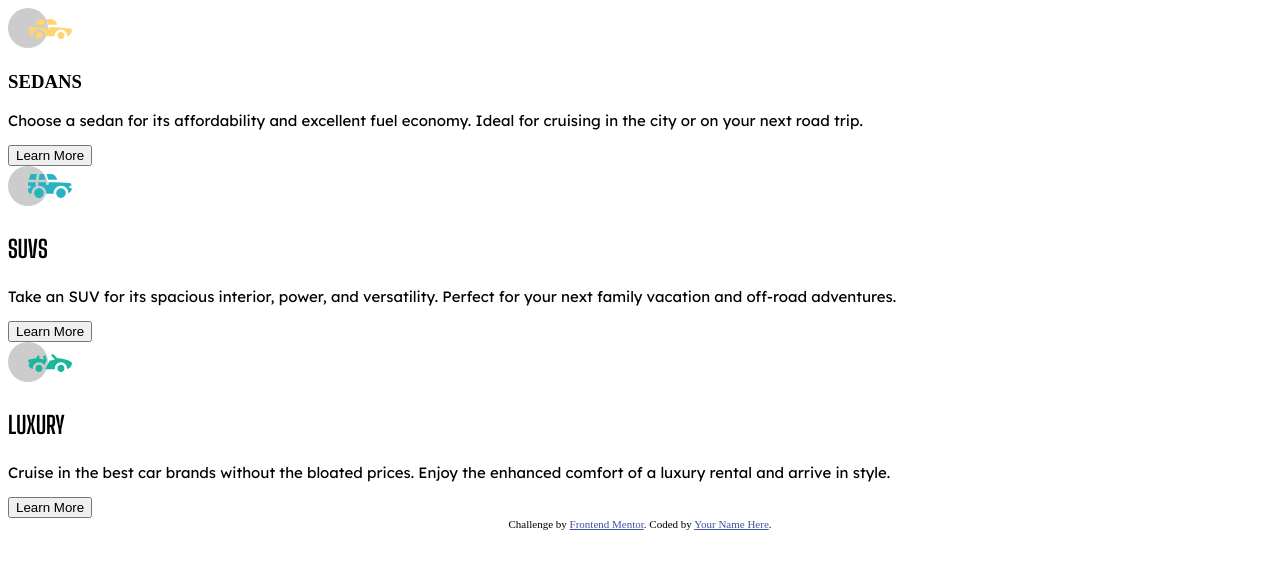
Repository: viniciussnt/3-column-preview-card
Page: index.html
The author's editor kept a copy of each file at every save. The page is drawn from the files as they stood at one save, then again after the next save.
The browser window is 1280 px wide. The pictures show the whole page.

Above is the page before, as saved 2023-09-15 10:58:19.

### index.html
<!DOCTYPE html>
<html lang="en">

<head>
  <meta charset="UTF-8">
  <meta name="viewport" content="width=device-width, initial-scale=1.0">
  <link rel="icon" type="image/png" sizes="32x32" href="./images/favicon-32x32.png">
  <link rel="stylesheet" href="./styles/style.css">

  <link rel="preconnect" href="https://fonts.googleapis.com">
  <link rel="preconnect" href="https://fonts.gstatic.com" crossorigin>
  <link href="https://fonts.googleapis.com/css2?family=Big+Shoulders+Display:wght@700&family=Lexend+Deca&display=swap"
    rel="stylesheet">

  <title>Frontend Mentor | 3-column preview card component</title>

  <!-- Feel free to remove these styles or customise in your own stylesheet 👍 -->
  <style>
    .attribution {
      font-size: 11px;
      text-align: center;
    }

    .attribution a {
      color: hsl(228, 45%, 44%);
    }
  </style>
</head>

<body>
  <div class="container">
    <article class="card-info">
      <section class="sedans">
        <div class="img-box">
          <img src="./images/icon-sedans.svg" />
        </div>
        <h1>SEDANS</h1>
        <p>Choose a sedan for its affordability and excellent fuel economy. Ideal for cruising in the city
          or on your next road trip.</p>

        <button>Learn More</button>
      </section>

      <section class="suvs">
        <div class="img-box">
          <img src="./images/icon-suvs.svg" />
        </div>
        <h1 class="title">SUVS</h1>
        <p>Take an SUV for its spacious interior, power, and versatility. Perfect for your next family vacation
          and off-road adventures.</p>

        <button>Learn More</button>
      </section>

      <section class="luxury">
        <div class="img-box">
          <img src="./images/icon-luxury.svg" />
        </div>
        <h1 class="title">LUXURY</h1>
        <p>Cruise in the best car brands without the bloated prices. Enjoy the enhanced comfort of a luxury
          rental and arrive in style.</p>

        <button>Learn More</button>
      </section>
    </article>
  </div>

  <div class="attribution">
    Challenge by <a href="https://www.frontendmentor.io?ref=challenge" target="_blank">Frontend Mentor</a>.
    Coded by <a href="#">Your Name Here</a>.
  </div>
</body>

</html>

### styles/style.css
:root {
    --color-sedan: rgb(227, 136, 38);
    --color-suv: rgb(0, 105, 112);
    --color-luxury: rgb(0, 66, 65);

    --color-primary: rgba(255, 255, 255, 0.75);
    --color-secondary: rgb(242, 242, 242);
}

@import url('https://fonts.googleapis.com/css2?family=Big+Shoulders+Display:wght@700&family=Lexend+Deca&display=swap');

.title {
    font-family: 'Big Shoulders Display', cursive;
    font-size: 1.5rem;
}

p {
    font-family: 'Lexend Deca', sans-serif;
    font-size: 15px;
}

After the next save:
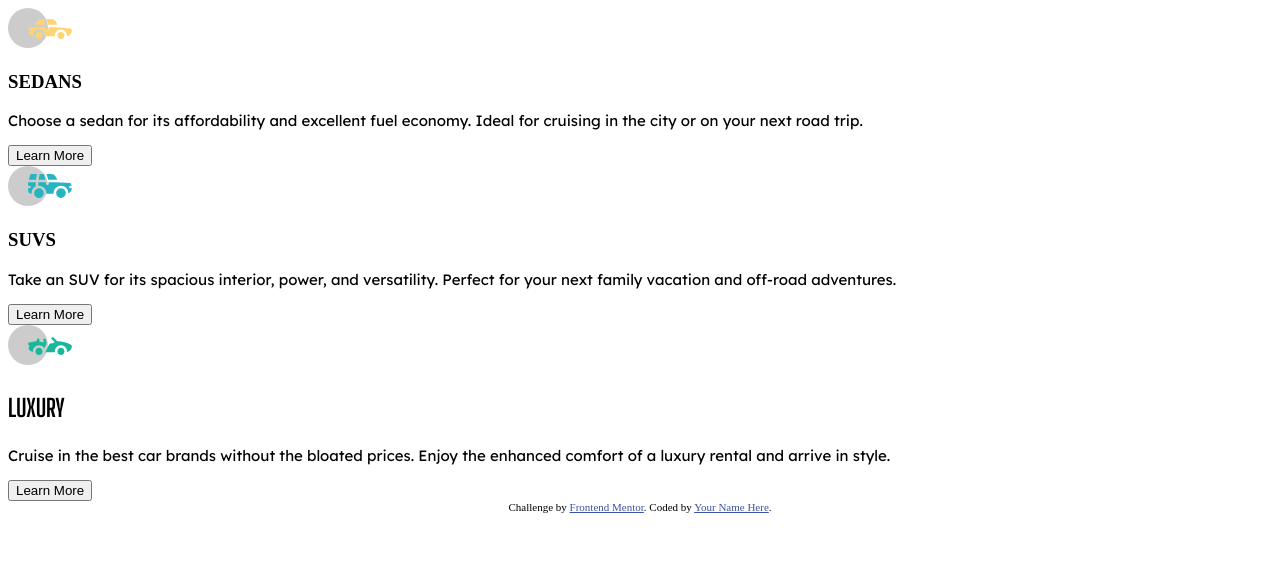
Saved 5 s later.
--- a/index.html
+++ b/index.html
@@ -45,7 +45,7 @@
         <div class="img-box">
           <img src="./images/icon-suvs.svg" />
         </div>
-        <h1 class="title">SUVS</h1>
+        <h1>SUVS</h1>
         <p>Take an SUV for its spacious interior, power, and versatility. Perfect for your next family vacation
           and off-road adventures.</p>
 
